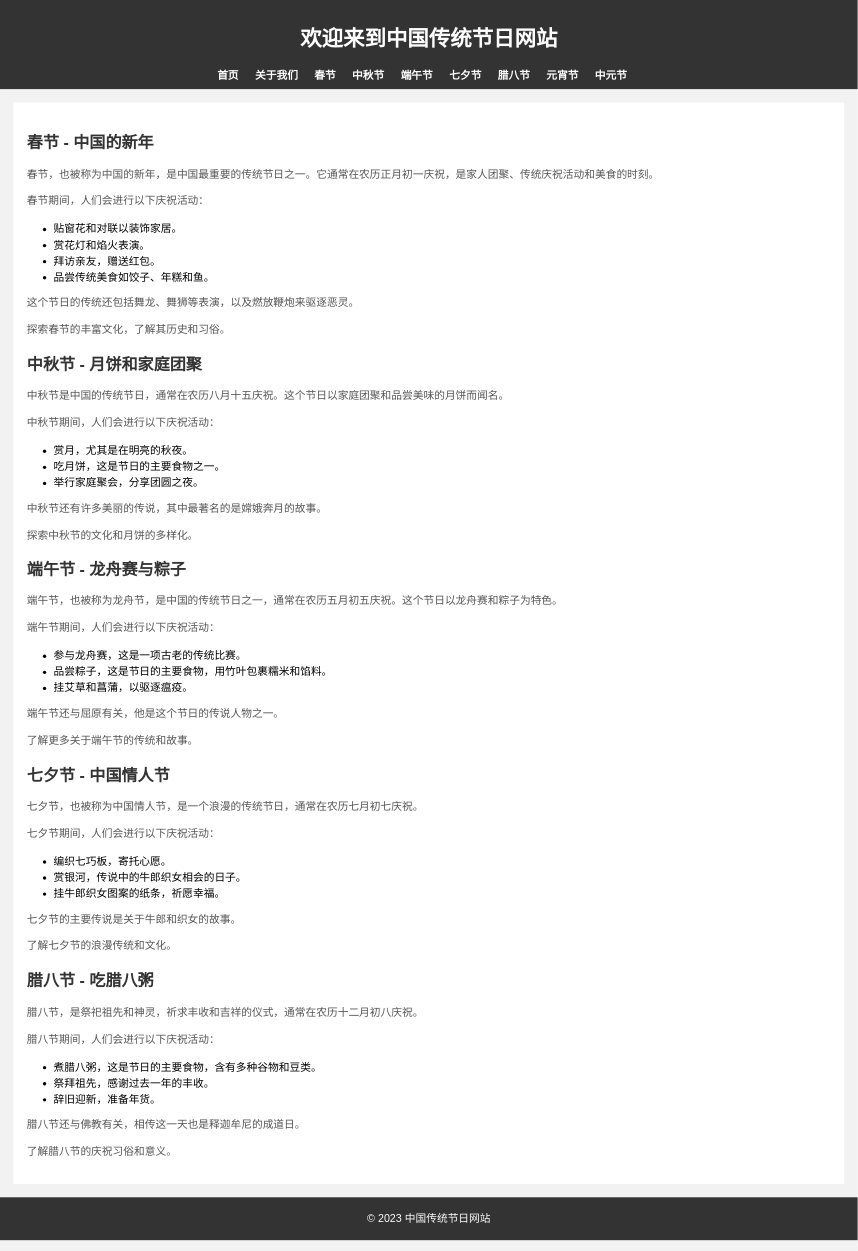
Repository: XueJie1/computer-operation-basics
Page: index.html
An editor plug-in stored every save of this project. The page is shown before and after the next save, followed by the edit.
The browser window is 1280 px wide. The pictures show the whole page, at 67% of full size.

Above is the page before, as saved 2023-09-02 22:53:31.

### index.html
<!DOCTYPE html>
<html lang="zh-CN">

<head>
    <meta charset="UTF-8">
    <meta name="viewport" content="width=device-width, initial-scale=1.0">
    <title>中国传统节日</title>
    <link rel="stylesheet" type="text/css" href="./css/styles.css" />
    <script src="https://cdn.bootcdn.net/ajax/libs/jquery/3.6.4/jquery.js"></script>
</head>

<body>
    <header>
        <h1>欢迎来到中国传统节日网站</h1>
        <nav>
            <ul>
                <li><a href="index.html">首页</a></li>
                <li><a href="about.html">关于我们</a></li>
                <li><a href="./pages/springfes/springfestival.html">春节</a></li>
                <li><a href="./pages/midautumn/midautumnfestival.html">中秋节</a></li>
                <li><a href="./pages/dragonboatfes/dragonboatfestival.html">端午节</a></li>
                <li><a href="./pages/qixifes/qixifestival.html">七夕节</a></li>
                <li><a href="./pages/labafes/labafestival.html">腊八节</a></li>
                <li><a href="./pages/lanternfes/lanternfestival.html">元宵节</a></li>
                <li><a href="./pages/hungryghostfes/hungryghostfestival.html">中元节</a></li>


            </ul>
        </nav>
    </header>
    <main>
        <section id="spring-festival">
            <h2>春节 - 中国的新年</h2>
            <p>春节，也被称为中国的新年，是中国最重要的传统节日之一。它通常在农历正月初一庆祝，是家人团聚、传统庆祝活动和美食的时刻。</p>
            <p>春节期间，人们会进行以下庆祝活动：</p>
            <ul>
                <li>贴窗花和对联以装饰家居。</li>
                <li>赏花灯和焰火表演。</li>
                <li>拜访亲友，赠送红包。</li>
                <li>品尝传统美食如饺子、年糕和鱼。</li>
            </ul>
            <p>这个节日的传统还包括舞龙、舞狮等表演，以及燃放鞭炮来驱逐恶灵。</p>
            <p>探索春节的丰富文化，了解其历史和习俗。</p>
        </section>

        <section id="mid-autumn-festival">
            <h2>中秋节 - 月饼和家庭团聚</h2>
            <p>中秋节是中国的传统节日，通常在农历八月十五庆祝。这个节日以家庭团聚和品尝美味的月饼而闻名。</p>
            <p>中秋节期间，人们会进行以下庆祝活动：</p>
            <ul>
                <li>赏月，尤其是在明亮的秋夜。</li>
                <li>吃月饼，这是节日的主要食物之一。</li>
                <li>举行家庭聚会，分享团圆之夜。</li>
            </ul>
            <p>中秋节还有许多美丽的传说，其中最著名的是嫦娥奔月的故事。</p>
            <p>探索中秋节的文化和月饼的多样化。</p>
        </section>

        <section id="dragon-boat-festival">
            <h2>端午节 - 龙舟赛与粽子</h2>
            <p>端午节，也被称为龙舟节，是中国的传统节日之一，通常在农历五月初五庆祝。这个节日以龙舟赛和粽子为特色。</p>
            <p>端午节期间，人们会进行以下庆祝活动：</p>
            <ul>
                <li>参与龙舟赛，这是一项古老的传统比赛。</li>
                <li>品尝粽子，这是节日的主要食物，用竹叶包裹糯米和馅料。</li>
                <li>挂艾草和菖蒲，以驱逐瘟疫。</li>
            </ul>
            <p>端午节还与屈原有关，他是这个节日的传说人物之一。</p>
            <p>了解更多关于端午节的传统和故事。</p>
        </section>

        <section id="qixi-festival">
            <h2>七夕节 - 中国情人节</h2>
            <p>七夕节，也被称为中国情人节，是一个浪漫的传统节日，通常在农历七月初七庆祝。</p>
            <p>七夕节期间，人们会进行以下庆祝活动：</p>
            <ul>
                <li>编织七巧板，寄托心愿。</li>
                <li>赏银河，传说中的牛郎织女相会的日子。</li>
                <li>挂牛郎织女图案的纸条，祈愿幸福。</li>
            </ul>
            <p>七夕节的主要传说是关于牛郎和织女的故事。</p>
            <p>了解七夕节的浪漫传统和文化。</p>
        </section>

        <section id="laba-festival">
            <h2>腊八节 - 吃腊八粥</h2>
            <p>腊八节，是祭祀祖先和神灵，祈求丰收和吉祥的仪式，通常在农历十二月初八庆祝。</p>
            <p>腊八节期间，人们会进行以下庆祝活动：</p>
            <ul>
                <li>煮腊八粥，这是节日的主要食物，含有多种谷物和豆类。</li>
                <li>祭拜祖先，感谢过去一年的丰收。</li>
                <li>辞旧迎新，准备年货。</li>
            </ul>
            <p>腊八节还与佛教有关，相传这一天也是释迦牟尼的成道日。</p>
            <p>了解腊八节的庆祝习俗和意义。</p>
        </section>
    </main>


    <footer>
        <p>&copy; 2023 中国传统节日网站</p>
    </footer>
</body>

</html>

### css/styles.css

body {
    font-family: Arial, sans-serif;
    margin: 0;
    padding: 0;
    background-color: #f2f2f2;
}

/* 样式化导航菜单 */
header , .header{
    background-color: #333;
    color: #fff;
    padding: 10px 0;
}


.header h1, header h1{
    text-align: center;
    text-decoration: none;
    color: #fff;
}


nav ul {
    list-style-type: none;
    margin: 0;
    padding: 0;
    text-align: center;
}

nav ul li {
    display: inline;
    margin-right: 20px;
}

nav ul li a {
    text-decoration: none;
    color: #fff;
    font-weight: bold;
    font-size: 16px;
}

nav ul li a:hover {
    color: #ff9900; /* 鼠标悬停时的颜色 */
}

main {
    margin: 20px 20px 20px 20px;
}

footer p , .footer p{
    color: #fff;
    text-align: center;
    background-color: #333;
    padding-top: 20px;
    padding-bottom: 20px;
}

/* 为网页容器设置样式 */
.container {
    display: flex;
}

/* 侧边栏样式 */
.sidebar {
    flex: 0 0 10%; /* 侧边栏占据25%的宽度 */
    background-color: #333;
    color: #fff;
    padding: 20px;
}

.sidebar ul {
    list-style-type: none;
    padding: 0;
}

.sidebar ul li {
    margin-bottom: 10px;
}

.sidebar ul li a {
    text-decoration: none;
    color: #fff;
    font-weight: bold;
    font-size: 16px;
}

/* 主内容区域样式 */
main {
    flex: 0 0 75%; /* 主内容区域占据75%的宽度 */
    background-color: #fff;
    padding: 20px;
}

/* 标题样式 */
/* h1 {
    font-size: 28px;
    color: #333;
    margin-top: 0;
} */

h2 {
    font-size: 24px;
    color: #333;
}

/* 正文样式 */
p {
    font-size: 16px;
    line-height: 1.5;
    color: #555;
}

section {
    margin-left: auto;
}

After the next save:
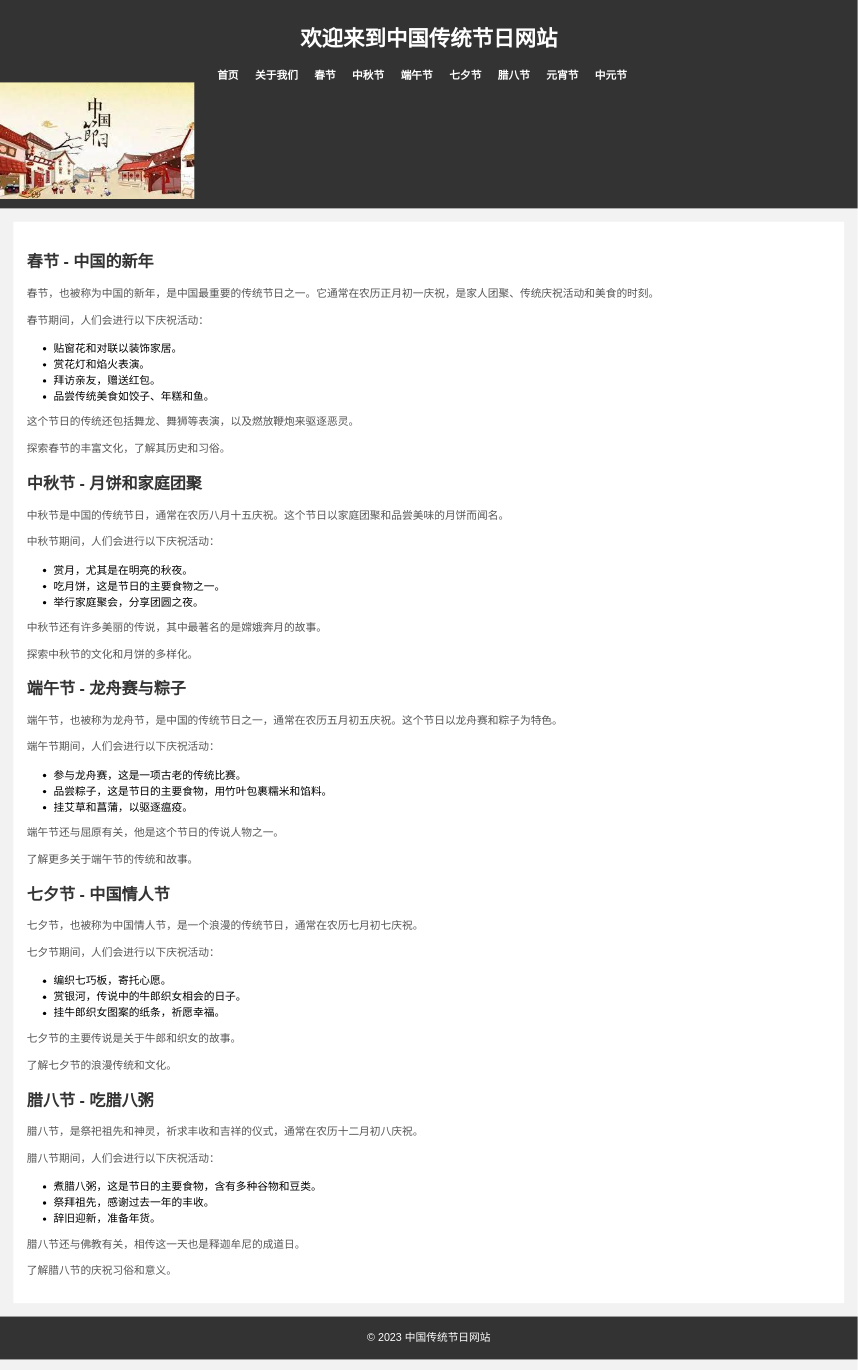
Saved 15 h 1 min later.
--- a/index.html
+++ b/index.html
@@ -27,6 +27,9 @@
 
             </ul>
         </nav>
+        <div class="banner">
+            <img src="./img/banner.jpeg">
+        </div>
     </header>
     <main>
         <section id="spring-festival">

After the save that followed:
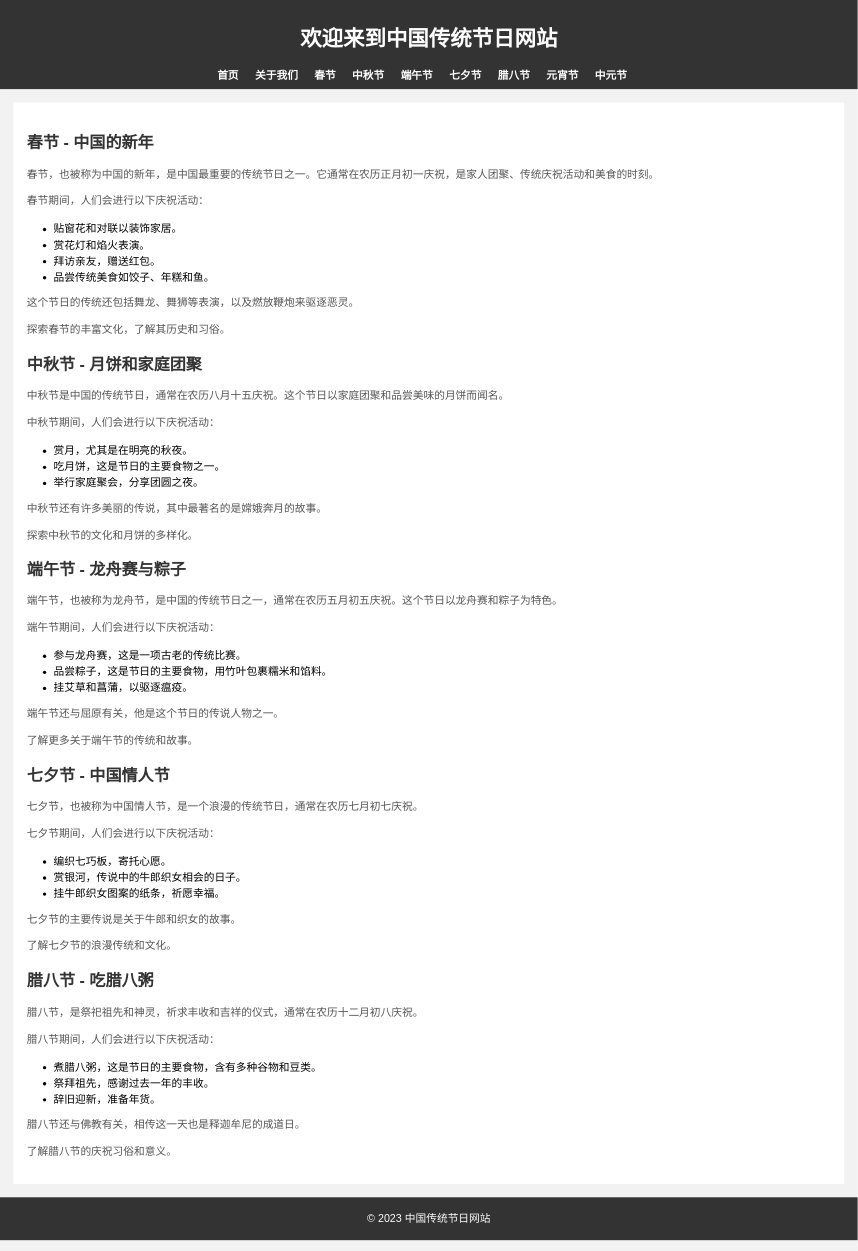
Saved 78 s later.
--- a/index.html
+++ b/index.html
@@ -27,11 +27,9 @@
 
             </ul>
         </nav>
-        <div class="banner">
-            <img src="./img/banner.jpeg">
-        </div>
     </header>
     <main>
+
         <section id="spring-festival">
             <h2>春节 - 中国的新年</h2>
             <p>春节，也被称为中国的新年，是中国最重要的传统节日之一。它通常在农历正月初一庆祝，是家人团聚、传统庆祝活动和美食的时刻。</p>
